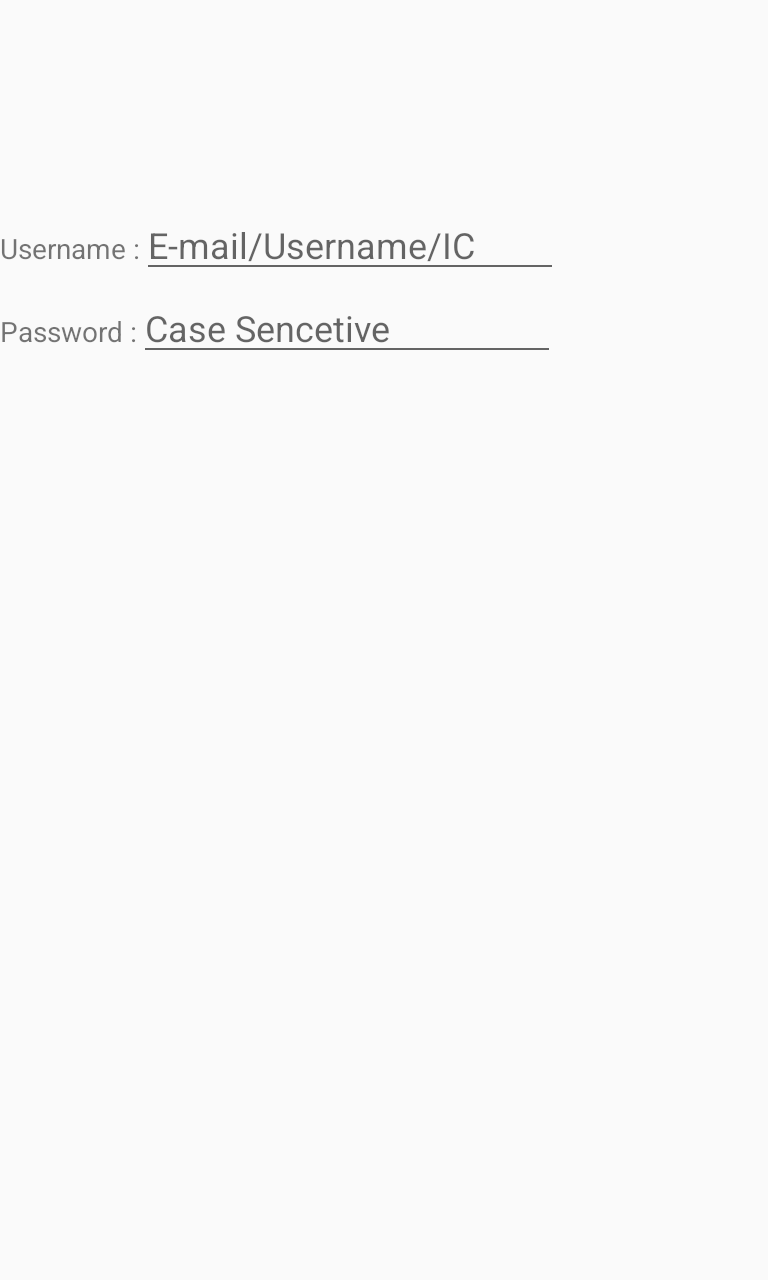
Repository: JodyCoolit/android
Layout: Delivery/res/layout/activity_signup.xml
An editor plug-in stored every save of this project. The layout is shown before and after the next save, followed by the edit.
It is drawn on a 768 x 1280 px phone screen (xhdpi) without system bars, with theme AppTheme; the app's code is not run.

Above is the layout before, as saved 2014-08-22 01:55:17.

After the next save:
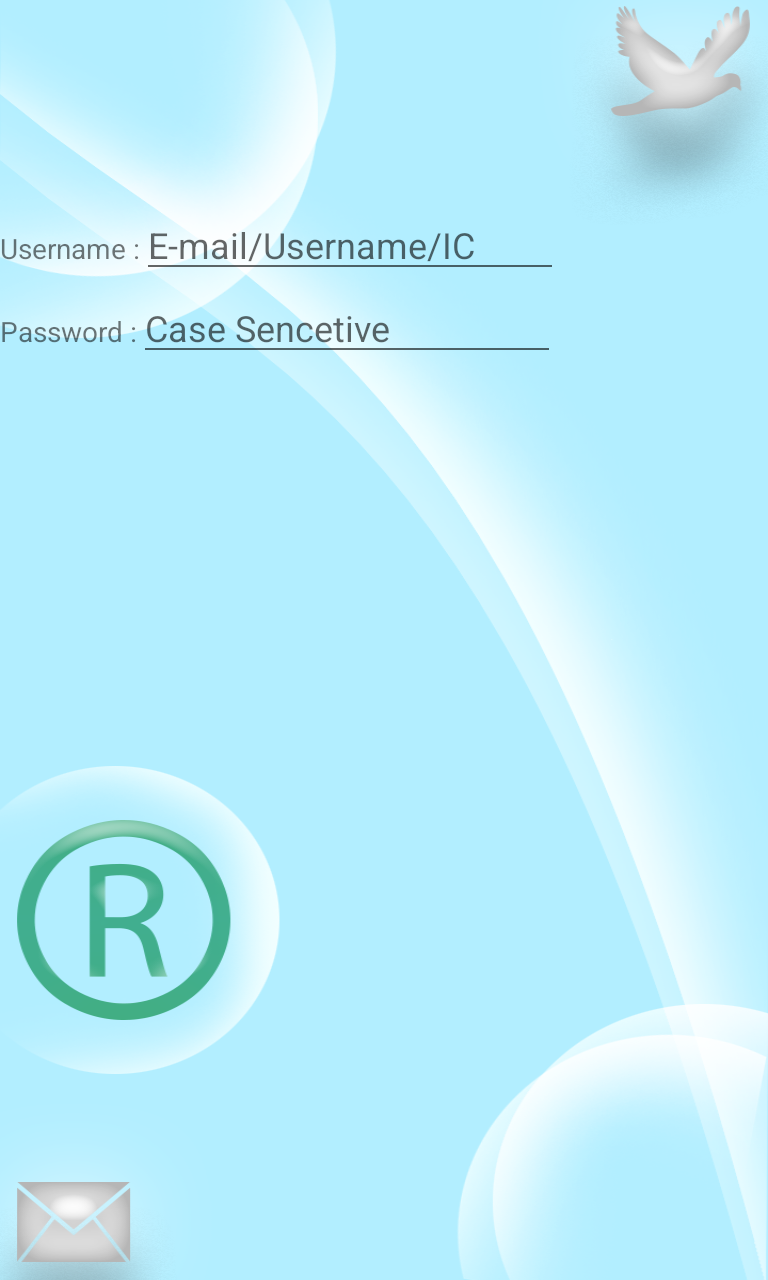
Saved 2 min 30 s later.
--- a/Delivery/res/layout/activity_signup.xml
+++ b/Delivery/res/layout/activity_signup.xml
@@ -2,7 +2,8 @@
 <LinearLayout xmlns:android="http://schemas.android.com/apk/res/android"
     android:layout_width="match_parent"
     android:layout_height="match_parent"
-    android:orientation="vertical" >
+    android:orientation="vertical"
+    android:background="@drawable/bg_signup" >
 	<LinearLayout
 	    android:layout_width="match_parent"
    		android:layout_height="wrap_content"
